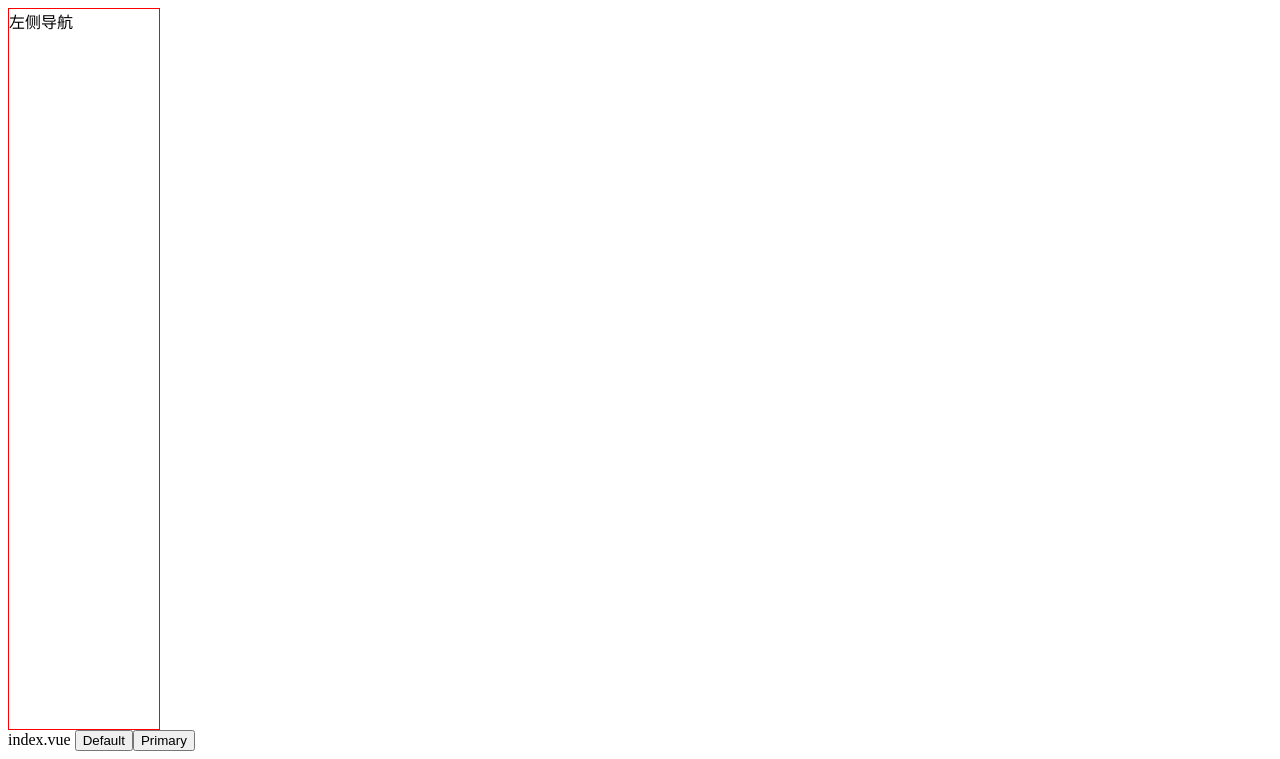
Repository: hanjinning/basicVueProject
Page: /
These files come from the project's save history. The page is drawn as it stood at one moment and after the next save; the edit follows.
The browser window is 1280 px wide. The pictures show the whole page.
The page's requests for data from a server got no answer. The project was rebuilt for these pictures with package versions that can differ from the ones it lists, and the page was loaded fresh each time. No one was signed in, and anything a server would have sent is missing. Also part of the build but not shown: vue.config.js, src/components/HelloWorld.vue, src/views/Home.vue.

Above is the page before, as saved 2021-03-18 10:51:59.

After the next save:
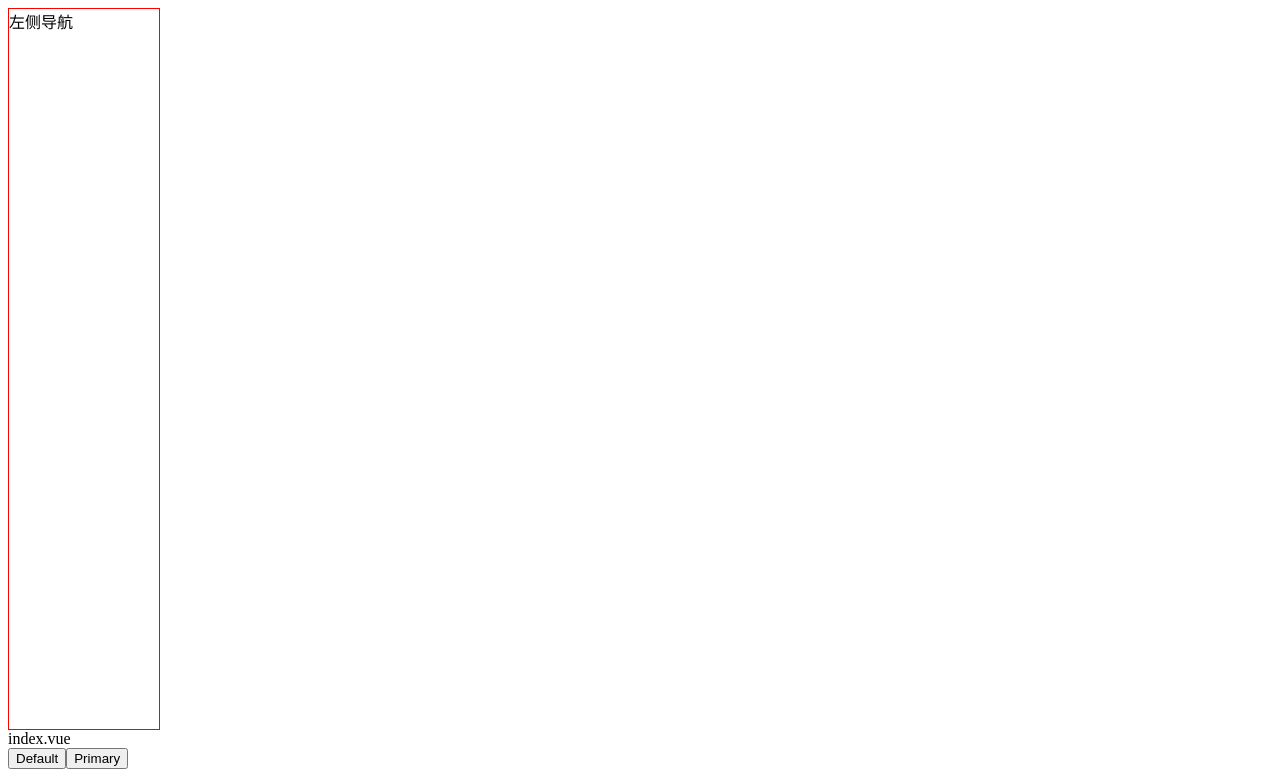
Saved 21 s later.
--- a/src/views/index.vue
+++ b/src/views/index.vue
@@ -1,5 +1,6 @@
 <template>
-<div id="index">index.vue
+<div id="index">
+    <div>index.vue</div>
     <Button>Default</Button>
     <Button type="primary">Primary</Button>
 </div>
